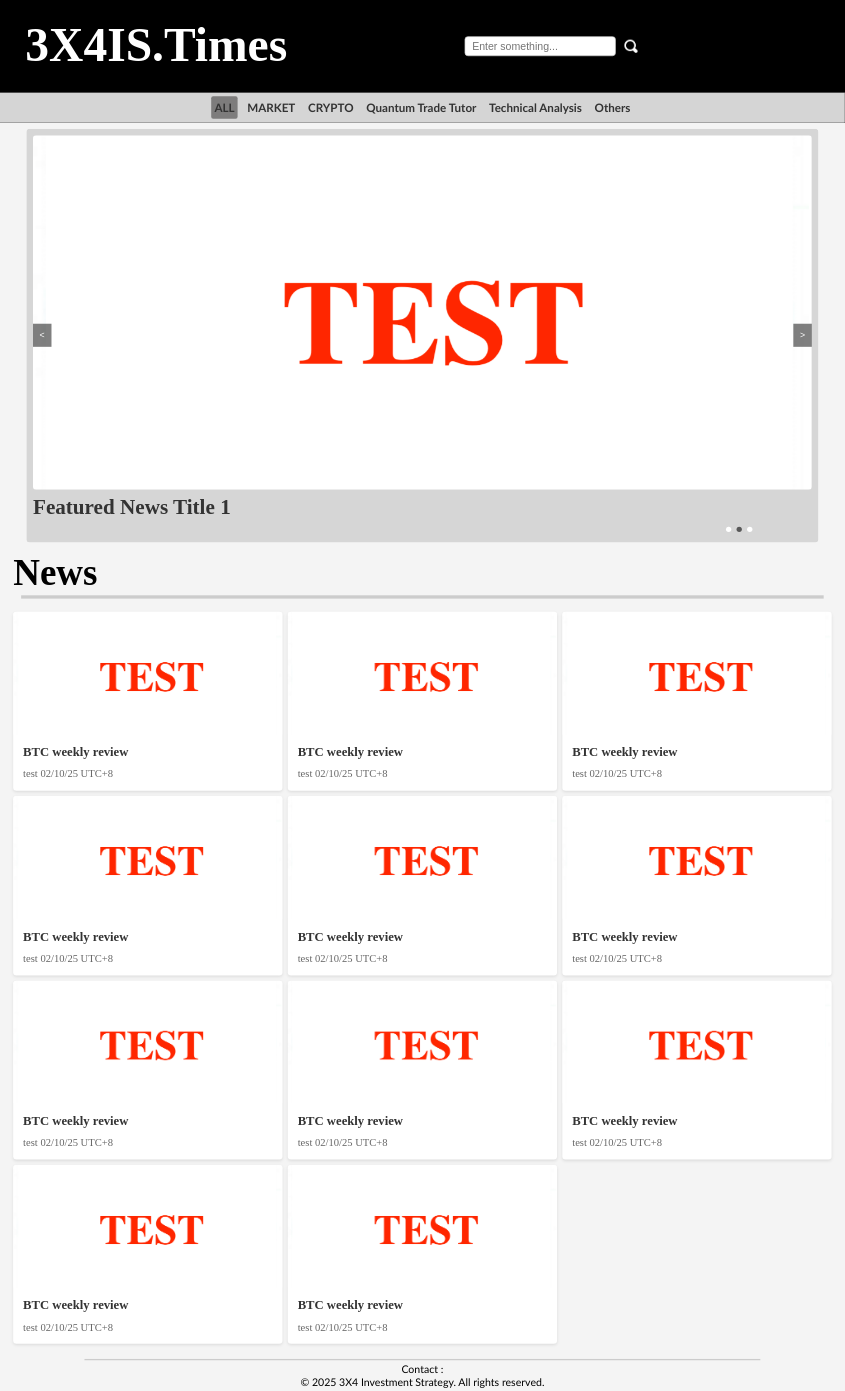
Repository: SongSongLook/songsonglook.github.io
Page: index.html
An editor plug-in stored every save of this project. The page is shown before and after the next save, followed by the edit.
The browser window is 1280 px wide. The pictures show the whole page, at 66% of full size.

Above is the page before, as saved 2025-04-02 23:21:05.
Console error: TypeError: Cannot set properties of null (setting 'innerHTML')

### index.html
<!DOCTYPE html>
<html lang="zh">
<head>
  <meta charset="UTF-8">
  <meta name="viewport" content="width=device-width, initial-scale=1.0">
  <title>Homepage</title>
  <link rel="stylesheet" href="css/style.css">
  <link rel="stylesheet" href="css/news.css">
  <link rel="stylesheet" href="css/article.css">
</head>
<body>
  <header>
    <!-- First column：logo and search container -->
    <div class="header-top">
      <a href="index.html" class="logo">3X4IS.Times</a>
      <div class="header-right">
        <!-- 手機選單圖示，放在搜尋欄左側 -->
        <div class="mobile-menu" id="mobile-menu">
          <span></span>
          <span></span>
          <span></span>
        </div>
        <div class="search-container">
          <form id="search-form">
            <input type="text" name="q" id="search-input" placeholder="Enter something...">
            <button type="submit" class="search-btn">
              <img src="images/magnifying-glass-3-512.png" alt="Search">
            </button>
          </form>
        </div>
      </div>
    </div>

    <!-- Second column: nav list -->
    <nav>
      <ul class="nav-list">
        <li data-category="all" class="active">ALL</li>
        <li data-category="market">MARKET</li>
        <li data-category="crypto">CRYPTO</li>
        <li data-category="QTT">Quantum Trade Tutor</li>
        <li data-category="TA">Technical Analysis</li>
        <li data-category="etc">Others</li>
      </ul>
    </nav>

  </header>


  <main>
    <section class="sidebar-menu" id="sidebar-menu">
      <ul class="mobile-nav-list">
        <li data-category="all">ALL</li>
        <li data-category="market">MARKET</li>
        <li data-category="crypto">CRYPTO</li>
        <li data-category="QTT">Quantum Trade Tutor</li>
        <li data-category="TA">Technical Analysis</li>
        <li data-category="etc">Others</li>
      </ul>
    </section>

    <section class="carousel-container">
      <section class="carousel">
        <!-- carousel dynamically filled by script.js -->
      </section>
      <button class="carousel-prev">&lt;</button>
      <button class="carousel-next">&gt;</button>

      <div class="carousel-pagination">
        <div class="pagination-dots"></div>
      </div>
    </section>

    <section class="logo-2"></section>
    <hr class="custom-divider">

    <section class="news-container" id="news-container">
      <!-- news card dynamically filled by script.js -->
    </section>
  </main>

  <hr class="custom-divider-2">
  <footer>
    <p>Contact :</p>
    <p>&copy; 2025 3X4 Investment Strategy. All rights reserved.</p>
  </footer>

  <script src="js/newsData.js"></script>
  <script src="js/article.js"></script>
  <script src="js/script.js"></script>
</body>
</html>

### css/style.css
:root {
  --header-height: 100px;
}
/* Reset 與基本設定 */
* {
    box-sizing: border-box;
    margin: 0;
    padding: 0;
  }

  html, body {
    height: 100%;
    margin: 0;
  }

  header {
    position: fixed;
    top: 0;
    width: 100%;
    max-width: 100%;
    z-index: 1000;
    margin: 0 auto;
    max-height: 140px;
  }

  main {
    flex: 1;
    position: relative;
    align-self: start;
    max-width: 1600px;
    margin: 0 auto;
  }

  body {
    display: flex;
    flex-direction: column;
    font-family: serif, sans-serif;
    line-height: 1.3;
    background-color: #f4f4f4;
    color: #333;
    position: relative;
    padding-top: 195px;
  }

  footer {
    font-family:'Gill Sans', 'Gill Sans MT', Calibri, 'Trebuchet MS', sans-serif;
    color: #000000;
    padding: 0px 0px 5px;
    margin-bottom: 3px;
    font-size: 1.0rem;
    text-align: center;
    line-height: 1.2rem;
    position: relative;
  }


/*---------------------------------------------------*/

.header-top {
  position: relative;
  display: flex;
  justify-content: space-between;
  align-items: center;
  padding: 3% 3%;  /* 根據需求調整內邊距 */
  background-color: #000000; /* 若希望背景一致，可設定相同背景色 */
  line-height: 50% auto;
  z-index: 3;
  max-height: 140px;
  max-width: 100%;

}

/* .header-right：將 mobile-menu 與搜尋欄排列在同一列 */
.header-right {
  display: flex;
  align-items: center;
  margin-left: auto;
  margin-right: auto;
}

a.logo {
  text-decoration: none;
  font-family: 'Times New Roman', Times, serif;
  color: #ffffff;  /* 根據需求調整顏色 */
  font-size: 4.5rem;
  font-weight: bold;
}

.logo-2 {
  position: relative;
  text-decoration: none;
  font-family: 'Times New Roman', Times, serif;
  color: #000000;  /* 根據需求調整顏色 */
  padding: 1% 20px;
  font-size: 3.5rem;
  font-weight: bold;
  line-height: 75%;
  margin-top: 1%;
}

.search-container {
  width: 50%;
  margin: 3% 0;
  z-index: 101;
  position: relative;
}

.search-results {
  display: grid;
  grid-template-columns: repeat(3, 1fr);
  gap: 20px;
  padding: 20px;
}

/* 讓搜尋表單中的元素同列顯示 */
#search-form {
  display: flex;
  align-items: center;
}

/* 搜尋輸入框 */
#search-input {
  flex: 1;
  padding: 5px 10px;
  font-size: 1rem;
  border: 1px solid #ccc;
  border-radius: 5px;
  outline: none;
}

#search-query {
  font-size: 3rem;
  padding-left: 20px;
}
#search-query.empty-search {
  padding: 0px;
  margin-left: auto;
  margin-right: auto;

}

#search-results {
  text-align: center;
  padding-left: 20px;
}
/* 搜尋按鈕，利用放大鏡圖案 */
.search-btn {
  margin-left: 8px;
  display: flex;
  align-items: center;
  justify-content: center;
  padding: 5px;
  border: 1px solid #000000;
  border-left: 5px; /* 與輸入框連接 */
  background-color: #000000;
  cursor: pointer;
}

.search-btn img {
  width: 20px;
  height: 20px;
}

.search-page {
  .search-header {
    padding-top: 15px;
    font-size: 1.3rem;
  }
  .custom-divider{
    border-top: 3px solid #ccc;
    margin-left: auto;
    margin-right: auto;
    padding-bottom: 15px;
  }
}

/*---------------------------------------------------*/

/* nav  */
nav {
  transition: transform 0.3s ease;
  position: relative;
  background-color: #d5d5d5; /* 可根據設計調整 */
  padding: 1px 5px;
  z-index: 1;
  font-family:'Gill Sans', 'Gill Sans MT', Calibri, 'Trebuchet MS', sans-serif;
}

/* 導覽列樣式 */
.nav-list {
  position: relative;
  z-index: 102;
  list-style: none;
  display: flex;
  justify-content: center; /* 或依需求對齊 */
  margin: 0;
  padding: 0;
  line-height: 100%;
  font-weight: bold;
  font-size: 1.1rem;
  text-align: center;
}

.nav-list li {
  margin: 5px 0.3rem;
  padding: 8px 0.3rem;
  cursor: pointer;
}

.nav-list li:hover,
.nav-list li.active {
  background: #7d7c7c;
  border-radius: 3px;
}

/* 手機選單樣式 */
.mobile-menu {
  display: none; /* 根據響應式設計調整 */
}

.mobile-menu span {
  height: 3px;
  width: 25px;
  background: #ffffff;
  margin: 3px 0;
  transition: 0.3s;
}

/*---------------------------------------------------*/

.custom-divider {
  border: none;                /* 先移除預設邊框 */
  border-top: 5px solid #ccc;   /* 設定上邊框作為分割線 */
  width: 95%;                  /* 可設定寬度 */
  margin-left: auto;
  margin-right: auto;
}
.custom-divider-2 {
  border: none;                /* 先移除預設邊框 */
  border-top: 2px solid #ccc;   /* 設定上邊框作為分割線 */
  margin: 3px 0px 3px 0px;              /* 設定上下間距 */
  width: 80%;                  /* 可設定寬度 */
  margin-left: auto;           /* 置中對齊 */
  margin-right: auto;
}

/*---------------------------------------------------*/

/* Sidebar pattern：initially hide at left */
.sidebar-menu {
  position: fixed;
  top: 0;
  left: -250px;  /* hide at left  */
  width: 250px;
  height: 100%;
  background: #333;
  color: #fff;
  transition: left 0.3s ease;
  z-index: 200;
  padding: 140px 20px 20px;
}
/* Out from left if sidebar active */
.sidebar-menu.active {
  padding-top: 140px;
  left: 0;
}
/* Sidebar internal pattern */

.sidebar-menu ul {
  list-style: none;
  padding: 0;
  margin: 0;
}
.sidebar-menu li {
  margin-top: 5px;
  padding: 10px;
  border-bottom: 1px solid #444;
  cursor: pointer;
}
.sidebar-menu li:hover,
.sidebar-menu li.active {
  background: #696969;
  border-radius: 3px;
}

/*---------------------------------------------------*/

/* RWD */
@media (max-width: 758px) {
  body {
    padding-top: 140px;
  }
  main{
    margin-top: 1%;
  }
  .header-top {
    flex-direction: column;
  }
  .header-right {
    display: flex;
    align-items: center;
    width: 60%;
    margin-left: auto;
    margin-right: auto;
  }
  a.logo {
    font-size: 300%;
  }
  .search-container {
    margin-top: 10px; /* apart from the logo  */
  }
  #search-input {
    font-size: 0.9rem;
  }
  /* show mobile-menu and lay left behind the search container */
  .mobile-menu {
    display: flex;
    flex-direction: column;
    cursor: pointer;
    margin-right: 10px;
  }
  /* keep the search container in same row  */
  .search-container {
    flex: 1;
  }
  nav {
    display: none;
  }
  .news-container {
    grid-template-columns: repeat(1, 1fr);
  }
}

### css/news.css
/* 新聞卡片區：3 欄排列 */
.news-container {
  display: grid;
  grid-template-columns: repeat(3, 1fr);
  gap: 8px;
  padding: 20px;

}

/* News Card 樣式 */
.news-card {
  padding-bottom: 0;
  background: #fff;
  border-radius: 5px;
  overflow: hidden;
  box-shadow: 0 2px 5px rgba(0,0,0,0.1);
  transition: transform 0.3s;
  cursor: pointer;
}

.news-card:hover {
  transform: translateY(-5px);
}

.news-card img {
  width: 100%;
  display: block;
}

.news-content {
  padding: 15px;
}

.news-content h3 {
  margin-bottom: 10px;
  font-size: 1.2rem;
}

.news-content p {
  color: #666;
}

.news-card-search {
  max-width: 80%;
  border-radius: 5px;
  align-content: center;
  background: #ccc;
  border-radius: 10px;
  overflow: hidden;
  box-shadow: 0 2px 5px rgba(0,0,0,0.1);
  cursor: pointer;
  margin-top: 10px;
  margin-left: 8px;
}

.news-card-search:hover {
  transform: translateY(0px);
}

.news-card-search img {
  width: 100%;
  display: block;
}

/* Carousel 輪播區 */
.carousel-container {
  overflow: hidden;
  margin: 20px auto;
  max-width: 1200px;
  max-height: 100%;
  position: relative;
  border-radius: 5px;
}

.carousel {
  display: flex;
  position: relative;
  transition: transform 0.5s ease;
  border-radius: 5px;
}

.carousel-item {
  background-color: rgb(214, 214, 214);
  min-width: 100%;
  box-sizing: border-box;
  padding: 10px;
  border-radius: 5px;
}
.carousel-item img {
  width: 100%;
  border-radius: 5px;
}
.carousel-item h3 {
  font-size: 2rem;  /* 根據需要調整字體大小 */
  font-family: 'Times New Roman', Times, serif;
  font-weight: bolder;
  margin: 1px 0;
}

/* 輪播箭頭 */
.carousel-prev, .carousel-next {
  position: absolute;
  top: 50%;
  transform: translateY(-50%);
  background: rgba(0,0,0,0.5);
  color: #fff;
  border: none;
  padding: 10px;
  cursor: pointer;
  z-index: 10;
}
.carousel-prev {
  left: 10px;
}
.carousel-next {
  right: 10px;
}
.carousel-container {
  position: relative;  /* 讓內部的 absolute 元素以此為參考 */
  overflow: hidden;
  margin: 0px auto;
  max-width: 1200px;

}

/* Pagination 區塊的樣式 */
.carousel-pagination {
  position: absolute;
  bottom: 10px;           /* 根據需求調整距離底部的距離 */
  left: 90%;
  transform: translateX(-50%);
  z-index: 10;            /* 確保位於其他元素上方 */
  text-align: center;
  color: #fff;            /* 可視需要調整文字顏色 */
  min-width: 300px;
}

.pagination-dots .dot {
  display: inline-block;
  width: 0.5rem;
  height: 0.5rem;
  background: #ffffff;
  border-radius: 50%;
  margin: 0 4px;
  cursor: pointer;
  transition: background 0.3s;
}

.pagination-dots .dot.active {
  background: #585858;
}


@media (max-width: 758px) {
  .carousel-item h3 {
    font-size: 1.5rem;
  }
}

### css/article.css
/* 調整文章內所有段落的文字樣式 */
.article-body p {
    font-size: 1.2rem;       /* 文字大小 */
    line-height: 1.8;        /* 行高 */
    margin-bottom: 1rem;     /* 段落下間距 */
    color: #333;             /* 文字顏色 */
  }

  /* 調整文章內圖片的樣式 */
  .article-body img {
    width: 100%;             /* 自適應寬度 */
    max-width: 600px;        /* 限制最大寬度 */
    display: block;          /* 使圖片為區塊元素 */
    margin: 20px auto;       /* 上下間距並置中顯示 */
    border-radius: 5px;      /* 選擇性圓角效果 */
  }

  /* 可針對其他 HTML 標籤增加額外樣式 */
  .article-body h2,
  .article-body h3 {
    color: #222;
    margin-top: 1.5rem;
    margin-bottom: 1rem;
  }

  article {
    padding: 20px;
    background: #fff;
    margin: 20px;
    border-radius: 5px;
  }

  article h1 {
    margin-bottom: 20px;
  }

  article img {
    width: 100%;
    max-height: 400px;
    object-fit: cover;
    margin-bottom: 20px;
  }

  .tag-btn {
    background: #eee;
    border: none;
    padding: 5px 10px;
    margin-right: 5px;
    border-radius: 3px;
    cursor: pointer;
    transition: background 0.3s;
  }

  .tag-btn:hover {
    background: #ddd;
  }

### js/newsData.js
//data-category:
//--market
//--crypto
//--forex
//--TA
//--etc


// news data restore
const newsData = [
    {
      id: 1,
      title: "BTC weekly review",
      category: "TA",
      description: "test 02/10/25 UTC+8",
      image: "images/截圖 2024-05-26 下午9.32.11.png",
      fullContent:  `
      <p>完整的政治新聞內容：詳細描述政治事件、背景與可能的影響，讓讀者獲得更深入的了解。</p>
      <p>在這裡你可以插入圖片：</p>
      <img src="https://via.placeholder.com/600x400?text=內文圖片" alt="內文圖片">
      <p>圖片說明：這是一張示意圖。也可以使用 <strong>加粗文字</strong> 來強調重點。</p>
    `,
    tags: ["btc", "analysis"]
    },
    {
      id: 2,
      title: "BTC weekly review",
      category: "crypto",
      description: "test 02/10/25 UTC+8",
      image: "images/截圖 2024-05-26 下午9.32.11.png",
      fullContent:  `
      <p>完整的政治新聞內容：詳細描述政治事件、背景與可能的影響，讓讀者獲得更深入的了解。</p>
      <p>在這裡你可以插入圖片：</p>
      <img src="https://via.placeholder.com/600x400?text=內文圖片" alt="內文圖片">
      <p>圖片說明：這是一張示意圖。也可以使用 <strong>加粗文字</strong> 來強調重點。</p>
    `,
    tags: ["政治", "featured"]
    },
    {
      id: 3,
      title: "BTC weekly review",
      category: "QTT",
      description: "test 02/10/25 UTC+8",
      image: "images/截圖 2024-05-26 下午9.32.11.png",
      fullContent:  `
      <p>完整的政治新聞內容：詳細描述政治事件、背景與可能的影響，讓讀者獲得更深入的了解。</p>
      <p>在這裡你可以插入圖片：</p>
      <img src="https://via.placeholder.com/600x400?text=內文圖片" alt="內文圖片">
      <p>圖片說明：這是一張示意圖。也可以使用 <strong>加粗文字</strong> 來強調重點。</p>
    `,
    tags: ["政治", "featured"]
    },
    {
      id: 4,
      title: "BTC weekly review",
      category: "crypto",
      description: "test 02/10/25 UTC+8",
      image: "images/截圖 2024-05-26 下午9.32.11.png",
      fullContent:  `
      <p>完整的政治新聞內容：詳細描述政治事件、背景與可能的影響，讓讀者獲得更深入的了解。</p>
      <p>在這裡你可以插入圖片：</p>
      <img src="https://via.placeholder.com/600x400?text=內文圖片" alt="內文圖片">
      <p>圖片說明：這是一張示意圖。也可以使用 <strong>加粗文字</strong> 來強調重點。</p>
    `,
    tags: ["政治", "featured"]
    },
    {
      id: 4,
      title: "BTC weekly review",
      category: "crypto",
      description: "test 02/10/25 UTC+8",
      image: "images/截圖 2024-05-26 下午9.32.11.png",
      fullContent:  `
      <p>完整的政治新聞內容：詳細描述政治事件、背景與可能的影響，讓讀者獲得更深入的了解。</p>
      <p>在這裡你可以插入圖片：</p>
      <img src="https://via.placeholder.com/600x400?text=內文圖片" alt="內文圖片">
      <p>圖片說明：這是一張示意圖。也可以使用 <strong>加粗文字</strong> 來強調重點。</p>
    `,
    tags: ["政治", "featured"]
    },
    {
      id: 4,
      title: "BTC weekly review",
      category: "crypto",
      description: "test 02/10/25 UTC+8",
      image: "images/截圖 2024-05-26 下午9.32.11.png",
      fullContent:  `
      <p>完整的政治新聞內容：詳細描述政治事件、背景與可能的影響，讓讀者獲得更深入的了解。</p>
      <p>在這裡你可以插入圖片：</p>
      <img src="https://via.placeholder.com/600x400?text=內文圖片" alt="內文圖片">
      <p>圖片說明：這是一張示意圖。也可以使用 <strong>加粗文字</strong> 來強調重點。</p>
    `,
    tags: ["政治", "featured"]
    },
    {
      id: 4,
      title: "BTC weekly review",
      category: "crypto",
      description: "test 02/10/25 UTC+8",
      image: "images/截圖 2024-05-26 下午9.32.11.png",
      fullContent:  `
      <p>完整的政治新聞內容：詳細描述政治事件、背景與可能的影響，讓讀者獲得更深入的了解。</p>
      <p>在這裡你可以插入圖片：</p>
      <img src="https://via.placeholder.com/600x400?text=內文圖片" alt="內文圖片">
      <p>圖片說明：這是一張示意圖。也可以使用 <strong>加粗文字</strong> 來強調重點。</p>
    `,
    tags: ["政治", "featured"]
    },
    {
      id: 4,
      title: "BTC weekly review",
      category: "crypto",
      description: "test 02/10/25 UTC+8",
      image: "images/截圖 2024-05-26 下午9.32.11.png",
      fullContent:  `
      <p>完整的政治新聞內容：詳細描述政治事件、背景與可能的影響，讓讀者獲得更深入的了解。</p>
      <p>在這裡你可以插入圖片：</p>
      <img src="https://via.placeholder.com/600x400?text=內文圖片" alt="內文圖片">
      <p>圖片說明：這是一張示意圖。也可以使用 <strong>加粗文字</strong> 來強調重點。</p>
    `,
    tags: ["政治", "featured"]
    },
    {
      id: 4,
      title: "BTC weekly review",
      category: "crypto",
      description: "test 02/10/25 UTC+8",
      image: "images/截圖 2024-05-26 下午9.32.11.png",
      fullContent:  `
      <p>完整的政治新聞內容：詳細描述政治事件、背景與可能的影響，讓讀者獲得更深入的了解。</p>
      <p>在這裡你可以插入圖片：</p>
      <img src="https://via.placeholder.com/600x400?text=內文圖片" alt="內文圖片">
      <p>圖片說明：這是一張示意圖。也可以使用 <strong>加粗文字</strong> 來強調重點。</p>
    `,
    tags: ["政治", "featured"]
    },
    {
      id: 4,
      title: "BTC weekly review",
      category: "crypto",
      description: "test 02/10/25 UTC+8",
      image: "images/截圖 2024-05-26 下午9.32.11.png",
      fullContent:  `
      <p>完整的政治新聞內容：詳細描述政治事件、背景與可能的影響，讓讀者獲得更深入的了解。</p>
      <p>在這裡你可以插入圖片：</p>
      <img src="https://via.placeholder.com/600x400?text=內文圖片" alt="內文圖片">
      <p>圖片說明：這是一張示意圖。也可以使用 <strong>加粗文字</strong> 來強調重點。</p>
    `,
    tags: ["政治", "featured"]
    },
    {
      id: 5,
      title: "BTC weekly review",
      category: "crypto",
      description: "test 02/10/25 UTC+8",
      image: "images/截圖 2024-05-26 下午9.32.11.png",
      fullContent:  `
      <p>完整的政治新聞內容：詳細描述政治事件、背景與可能的影響，讓讀者獲得更深入的了解。</p>
      <p>在這裡你可以插入圖片：</p>
      <img src="https://via.placeholder.com/600x400?text=內文圖片" alt="內文圖片">
      <p>圖片說明：這是一張示意圖。也可以使用 <strong>加粗文字</strong> 來強調重點。</p>
    `,
    tags: ["snp500"]
    }
  ];

  // carousel items data restore
const carouselItems = [
  {
    type: "series",  // series
    tag: "SNP500",
    image: "images/截圖 2024-05-26 下午9.32.11.png",
    title: "Weekly S&P500 analysis",
    description: "click here to find the truth "
  },
  {
    type: "featured", // display specific article
    id: 101,
    image: "images/截圖 2024-05-26 下午9.32.11.png",
    title: "Featured News Title 1"
  },
  {
    type: "featured",
    id: 102,
    image: "images/截圖 2024-05-26 下午9.32.11.png",
    title: "Featured News Title 2"
  }

];

### js/article.js
// article.js
function getQueryParameter(name) {
  const urlParams = new URLSearchParams(window.location.search);
  return urlParams.get(name);
}

document.addEventListener("DOMContentLoaded", () => {
  const articleId = getQueryParameter("id");
  const articleContainer = document.getElementById("article-content");

  if (!articleId) {
    articleContainer.innerHTML = "<p>文章不存在。</p>";
    return;
  }

  const article = newsData.find(item => item.id === parseInt(articleId));
  if (!article) {
    articleContainer.innerHTML = "<p>文章不存在。</p>";
    return;
  }

  // 生成標籤按鈕區塊（點擊後回首頁並以該標籤過濾）
  let tagsHtml = "";
  if (article.tags && article.tags.length > 0) {
    tagsHtml = `<div class="article-tags"><span><font face="Gill Sans"><b>TAGS: </b></font></span>`;
    article.tags.forEach(tag => {
      tagsHtml += `<button class="tag-btn" onclick="location.href='index.html?tag=${encodeURIComponent(tag)}'">${tag}</button>`;
    });
    tagsHtml += `</div>`;
  }

  articleContainer.innerHTML = `
    <h1>${article.title}</h1>
    <img src="${article.image}" alt="${article.title}">
    <div class="article-body">
      ${article.fullContent}
    </div>
    ${tagsHtml}
  `;
});

Loaded but not shown: js/script.js (254 lines, source omitted)

After the next save:
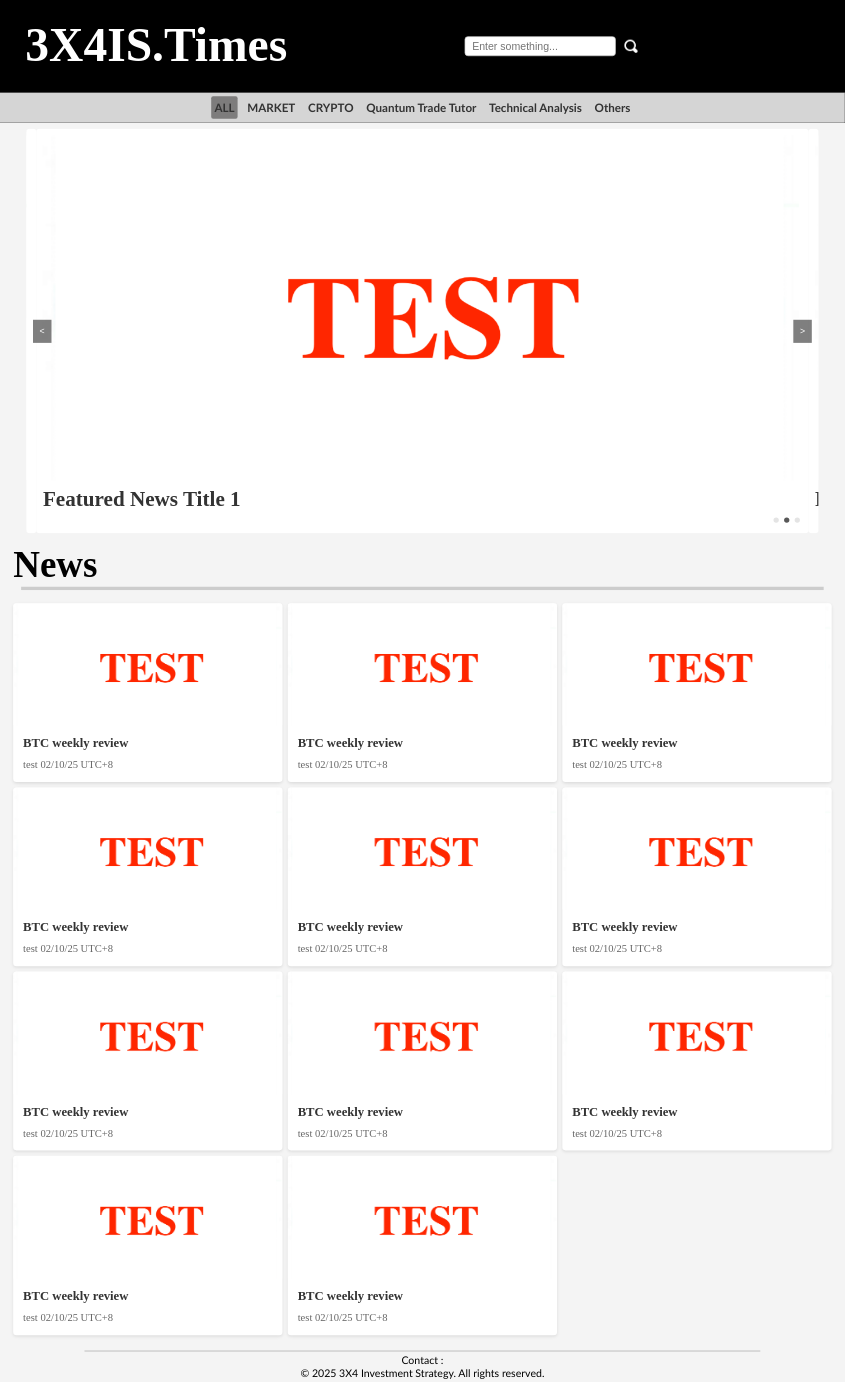
Saved 10 days later.
--- a/css/news.css
+++ b/css/news.css
@@ -64,6 +64,7 @@
 
 /* Carousel 輪播區 */
 .carousel-container {
+  padding: 0 15px;
   overflow: hidden;
   margin: 20px auto;
   max-width: 1200px;
@@ -80,7 +81,7 @@
 }
 
 .carousel-item {
-  background-color: rgb(214, 214, 214);
+  background-color: rgb(255, 255, 255);
   min-width: 100%;
   box-sizing: border-box;
   padding: 10px;
@@ -127,7 +128,7 @@
 .carousel-pagination {
   position: absolute;
   bottom: 10px;           /* 根據需求調整距離底部的距離 */
-  left: 90%;
+  left: 96%;
   transform: translateX(-50%);
   z-index: 10;            /* 確保位於其他元素上方 */
   text-align: center;
@@ -139,7 +140,7 @@
   display: inline-block;
   width: 0.5rem;
   height: 0.5rem;
-  background: #ffffff;
+  background: #e4e4e4;
   border-radius: 50%;
   margin: 0 4px;
   cursor: pointer;
